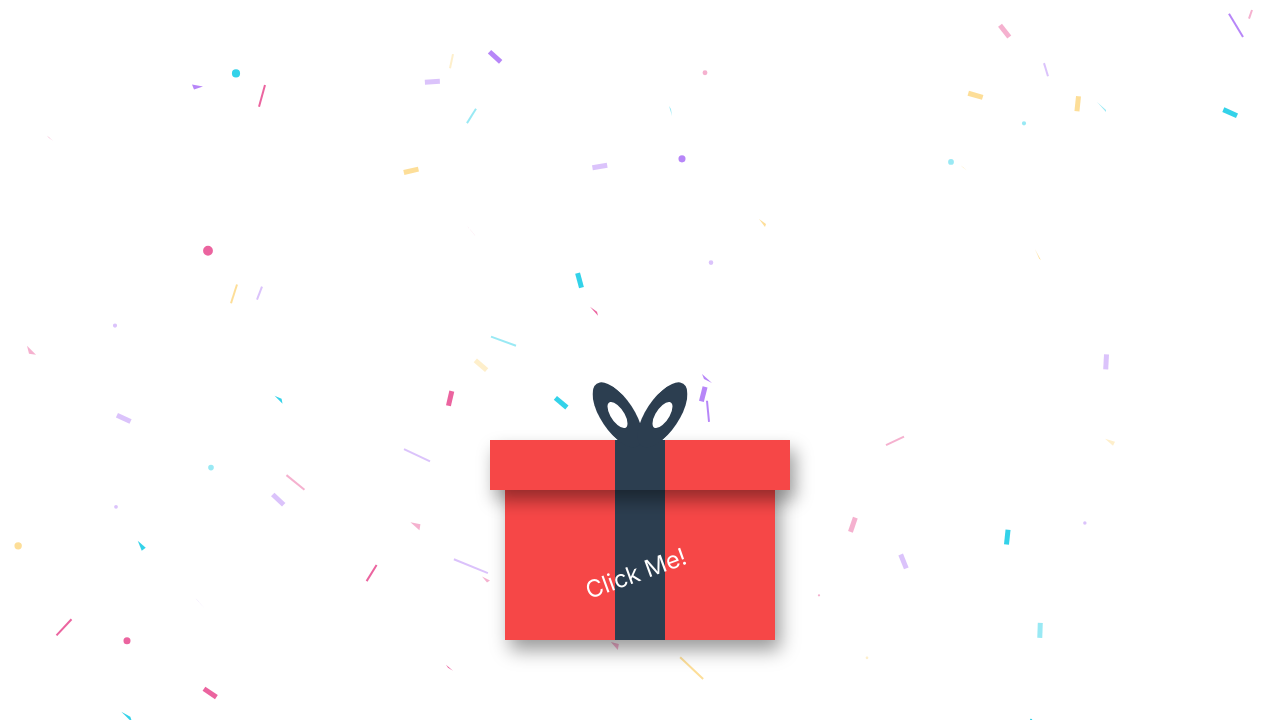
Repository: trongnghia161001/birth_day
Page: index.html
The author's editor kept a copy of each file at every save. The page is drawn from the files as they stood at one save, then again after the next save.
The browser window is 1280 px wide. The pictures show the whole page.

Above is the page before, as saved 2022-11-14 21:42:25.

### index.html
<!DOCTYPE html>
<html>

<head>
  <meta charset="utf-8" />
  <meta name="viewport" content="width=device-width" />
  <title>Happy Birthday!</title>

  <link rel="stylesheet" href="styles/flexbox-center-container.css" media="all">
  <link rel="stylesheet" href="styles/system-fonts.css" media="all">
  <link rel="stylesheet" href="styles/style.css" media="all">
</head>

<body>
  <canvas id=c></canvas>
  <canvas id="confetti"></canvas>
  <div class="container" id="count">
    <h1 id="head">Countdown to your birthday:</h1>
    <ul>
      <li><span id="day"></span>days</li>
      <li><span id="hour"></span>hours</li>
      <li><span id="minute"></span>minutes</li>
      <li><span id="second"></span>seconds</li>
    </ul>
  </div>
  <div id="merrywrap" class="merrywrap">
    <canvas id="snowfall"></canvas>
    <div class="giftbox">
      <div class="cover">
        <div></div>
      </div>
      <div class="box"></div>
    </div>
</body>
<script src="scripts/confetti.min.js" charset="utf-8"></script>
<script src="scripts/index.js" charset="utf-8"></script>

</html>

### styles/style.css
* {
  box-sizing: border-box;
  margin: 0;
  padding: 0;
}
canvas {
  position: absolute;
  top: 0;
  left: 0;
}
body {
  background: #ffffff;
  overflow: hidden;
}
.container {
  color: rgba(55, 59, 65, 0.8);
  font-family: Helvetica, sans-serif;
  font-weight: lighter;
  text-align: center;
}

h1 {
  font-weight: normal;
}
li {
  display: inline-block;
  font-size: 1.5em;
  list-style-type: none;
  padding: 1em;
  text-transform: uppercase;
}
li span {
  display: block;
  font-size: 4.5rem;
}
.merrywrap {
  position: absolute;
  right: 40px;
  left: 40px;
  bottom: 80px;
  top: 40px;
}
.giftbox {
  position: absolute;
  width: 300px;
  height: 200px;
  left: 50%;
  margin-left: -150px;
  bottom: 0;
  z-index: 10;
}
.giftbox > div {
  background: #F64747;
  position: absolute;
  box-shadow: 5px 10px 18px rgba(0, 0, 0, 0.4);
}
.giftbox > div:after, .giftbox > div:before {
  position: absolute;
  content: "";
  top: 0;
}
.giftbox:after {
  position: absolute;
  color: #fff;
  width: 100%;
  content: "Click Me!";
  left: 0;
  bottom: 0;
  font-size: 24px;
  text-align: center;
  transform: rotate(-20deg);
  transform-origin: 0 0;
}
.giftbox .cover {
  width: 100%;
  top: 0;
  left: 0;
  height: 25%;
  z-index: 2;
}
.giftbox .cover:before {
  position: absolute;
  height: 100%;
  left: 50%;
  width: 50px;
  transform: translateX(-50%);
  background: #2C3E50;
}
.giftbox .cover > div {
  position: absolute;
  width: 50px;
  height: 50px;
  left: 50%;
  top: -50px;
  transform: translateX(-50%);
}
.giftbox .cover > div:before, .giftbox .cover > div:after {
  position: absolute;
  left: 0;
  top: 0;
  width: 100%;
  height: 100%;
  content: "";
  box-shadow: inset 0 0 0 15px #2C3E50;
  border-radius: 30px;
  transform-origin: 50% 100%;
}
.giftbox .cover > div:before {
  transform: translateX(-45%) skewY(40deg);
}
.giftbox .cover > div:after {
  transform: translateX(45%) skewY(-40deg);
}
.giftbox .box {
  right: 5%;
  left: 5%;
  height: 80%;
  bottom: 0;
}
.giftbox .box:before {
  width: 50px;
  height: 100%;
  left: 50%;
  transform: translateX(-50%);
  background: #2C3E50;
}
.giftbox .box:after {
  width: 100%;
  height: 30px;
  background: rgba(0, 0, 0, 0);
}
.step-1 .giftbox {
  animation: wobble 0.5s linear infinite forwards;
}
.step-1 .cover {
  animation: wobble 0.5s linear infinite 5s forwards;
}
.step-1 .icons .row span {
  opacity: 1;
}
.step-2 .giftbox:after {
  opacity: 0;
}
.step-3 .giftbox, .step-4 .giftbox {
  opacity: 0;
  z-index: 1;
}
.step-3 .giftbox:after, .step-4 .giftbox:after {
  opacity: 0;
}
.step-2 .giftbox .cover {
  animation: flyUp 2s ease-in forwards;
}
.step-2 .giftbox .box {
  animation: flyDown 2s ease-in 0.05s forwards;
}
@keyframes wobble {
  25% {
      transform: rotate(4deg);
 }
  75% {
      transform: rotate(-2deg);
 }
}
@keyframes flyUp {
  75% {
      opacity: 1;
 }
  100% {
      transform: translateY(-1000px) rotate(20deg);
      opacity: 0;
 }
}
@keyframes flyDown {
  75% {
      opacity: 1;
 }
  100% {
      transform: translateY(100%);
      opacity: 0;
 }
}

### scripts/index.js
const count = document.getElementById('count');
const head = document.getElementById('head');
const giftbox = document.getElementById('merrywrap');
const canvasC = document.getElementById('c');

const config = {
  birthdate: 'Jan 29, 2020',
  name: 'Darlene'
};

function hideEverything() {
  head.style.display = 'none';
  count.style.display = 'none';
  giftbox.style.display = 'none';
  canvasC.style.display = 'none';
}

hideEverything();

const confettiSettings = { target: 'confetti' };
const confetti = new window.ConfettiGenerator(confettiSettings);
confetti.render();

const second = 1000,
  minute = second * 60,
  hour = minute * 60,
  day = hour * 24;

let countDown = new Date(`${config.birthdate} 00:00:00`).getTime();
x = setInterval(function() {
  let now = new Date().getTime(),
    distance = countDown - now;

  document.getElementById('day').innerText = Math.floor(distance / day);
  document.getElementById('hour').innerText = Math.floor(
    (distance % day) / hour
  );
  document.getElementById('minute').innerText = Math.floor(
    (distance % hour) / minute
  );
  document.getElementById('second').innerText = Math.floor(
    (distance % minute) / second
  );

  let w = (c.width = window.innerWidth),
    h = (c.height = window.innerHeight),
    ctx = c.getContext('2d'),
    hw = w / 2, // half-width
    hh = h / 2,
    opts = {
      strings: ['HAPPY', 'BIRTHDAY!', config.name],
      charSize: 30,
      charSpacing: 35,
      lineHeight: 40,

      cx: w / 2,
      cy: h / 2,

      fireworkPrevPoints: 10,
      fireworkBaseLineWidth: 5,
      fireworkAddedLineWidth: 8,
      fireworkSpawnTime: 200,
      fireworkBaseReachTime: 30,
      fireworkAddedReachTime: 30,
      fireworkCircleBaseSize: 20,
      fireworkCircleAddedSize: 10,
      fireworkCircleBaseTime: 30,
      fireworkCircleAddedTime: 30,
      fireworkCircleFadeBaseTime: 10,
      fireworkCircleFadeAddedTime: 5,
      fireworkBaseShards: 5,
      fireworkAddedShards: 5,
      fireworkShardPrevPoints: 3,
      fireworkShardBaseVel: 4,
      fireworkShardAddedVel: 2,
      fireworkShardBaseSize: 3,
      fireworkShardAddedSize: 3,
      gravity: 0.1,
      upFlow: -0.1,
      letterContemplatingWaitTime: 360,
      balloonSpawnTime: 20,
      balloonBaseInflateTime: 10,
      balloonAddedInflateTime: 10,
      balloonBaseSize: 20,
      balloonAddedSize: 20,
      balloonBaseVel: 0.4,
      balloonAddedVel: 0.4,
      balloonBaseRadian: -(Math.PI / 2 - 0.5),
      balloonAddedRadian: -1
    },
    calc = {
      totalWidth:
        opts.charSpacing *
        Math.max(opts.strings[0].length, opts.strings[1].length)
    },
    Tau = Math.PI * 2,
    TauQuarter = Tau / 4,
    letters = [];

  ctx.font = opts.charSize + 'px Verdana';

  function Letter(char, x, y) {
    this.char = char;
    this.x = x;
    this.y = y;

    this.dx = -ctx.measureText(char).width / 2;
    this.dy = +opts.charSize / 2;

    this.fireworkDy = this.y - hh;

    let hue = (x / calc.totalWidth) * 360;

    this.color = 'hsl(hue,80%,50%)'.replace('hue', hue);
    this.lightAlphaColor = 'hsla(hue,80%,light%,alp)'.replace('hue', hue);
    this.lightColor = 'hsl(hue,80%,light%)'.replace('hue', hue);
    this.alphaColor = 'hsla(hue,80%,50%,alp)'.replace('hue', hue);

    this.reset();
  }
  Letter.prototype.reset = function() {
    this.phase = 'firework';
    this.tick = 0;
    this.spawned = false;
    this.spawningTime = (opts.fireworkSpawnTime * Math.random()) | 0;
    this.reachTime =
      (opts.fireworkBaseReachTime +
        opts.fireworkAddedReachTime * Math.random()) |
      0;
    this.lineWidth =
      opts.fireworkBaseLineWidth + opts.fireworkAddedLineWidth * Math.random();
    this.prevPoints = [[0, hh, 0]];
  };
  Letter.prototype.step = function() {
    if (this.phase === 'firework') {
      if (!this.spawned) {
        ++this.tick;
        if (this.tick >= this.spawningTime) {
          this.tick = 0;
          this.spawned = true;
        }
      } else {
        ++this.tick;

        let linearProportion = this.tick / this.reachTime,
          armonicProportion = Math.sin(linearProportion * TauQuarter),
          x = linearProportion * this.x,
          y = hh + armonicProportion * this.fireworkDy;

        if (this.prevPoints.length > opts.fireworkPrevPoints)
          this.prevPoints.shift();

        this.prevPoints.push([x, y, linearProportion * this.lineWidth]);

        let lineWidthProportion = 1 / (this.prevPoints.length - 1);

        for (let i = 1; i < this.prevPoints.length; ++i) {
          let point = this.prevPoints[i],
            point2 = this.prevPoints[i - 1];

          ctx.strokeStyle = this.alphaColor.replace(
            'alp',
            i / this.prevPoints.length
          );
          ctx.lineWidth = point[2] * lineWidthProportion * i;
          ctx.beginPath();
          ctx.moveTo(point[0], point[1]);
          ctx.lineTo(point2[0], point2[1]);
          ctx.stroke();
        }

        if (this.tick >= this.reachTime) {
          this.phase = 'contemplate';

          this.circleFinalSize =
            opts.fireworkCircleBaseSize +
            opts.fireworkCircleAddedSize * Math.random();
          this.circleCompleteTime =
            (opts.fireworkCircleBaseTime +
              opts.fireworkCircleAddedTime * Math.random()) |
            0;
          this.circleCreating = true;
          this.circleFading = false;

          this.circleFadeTime =
            (opts.fireworkCircleFadeBaseTime +
              opts.fireworkCircleFadeAddedTime * Math.random()) |
            0;
          this.tick = 0;
          this.tick2 = 0;

          this.shards = [];

          let shardCount =
              (opts.fireworkBaseShards +
                opts.fireworkAddedShards * Math.random()) |
              0,
            angle = Tau / shardCount,
            cos = Math.cos(angle),
            sin = Math.sin(angle),
            x = 1,
            y = 0;

          for (let i = 0; i < shardCount; ++i) {
            let x1 = x;
            x = x * cos - y * sin;
            y = y * cos + x1 * sin;

            this.shards.push(new Shard(this.x, this.y, x, y, this.alphaColor));
          }
        }
      }
    } else if (this.phase === 'contemplate') {
      ++this.tick;

      if (this.circleCreating) {
        ++this.tick2;
        let proportion = this.tick2 / this.circleCompleteTime,
          armonic = -Math.cos(proportion * Math.PI) / 2 + 0.5;

        ctx.beginPath();
        ctx.fillStyle = this.lightAlphaColor
          .replace('light', 50 + 50 * proportion)
          .replace('alp', proportion);
        ctx.beginPath();
        ctx.arc(this.x, this.y, armonic * this.circleFinalSize, 0, Tau);
        ctx.fill();

        if (this.tick2 > this.circleCompleteTime) {
          this.tick2 = 0;
          this.circleCreating = false;
          this.circleFading = true;
        }
      } else if (this.circleFading) {
        ctx.fillStyle = this.lightColor.replace('light', 70);
        ctx.fillText(this.char, this.x + this.dx, this.y + this.dy);

        ++this.tick2;
        let proportion = this.tick2 / this.circleFadeTime,
          armonic = -Math.cos(proportion * Math.PI) / 2 + 0.5;

        ctx.beginPath();
        ctx.fillStyle = this.lightAlphaColor
          .replace('light', 100)
          .replace('alp', 1 - armonic);
        ctx.arc(this.x, this.y, this.circleFinalSize, 0, Tau);
        ctx.fill();

        if (this.tick2 >= this.circleFadeTime) this.circleFading = false;
      } else {
        ctx.fillStyle = this.lightColor.replace('light', 70);
        ctx.fillText(this.char, this.x + this.dx, this.y + this.dy);
      }

      for (let i = 0; i < this.shards.length; ++i) {
        this.shards[i].step();

        if (!this.shards[i].alive) {
          this.shards.splice(i, 1);
          --i;
        }
      }

      if (this.tick > opts.letterContemplatingWaitTime) {
        this.phase = 'balloon';

        this.tick = 0;
        this.spawning = true;
        this.spawnTime = (opts.balloonSpawnTime * Math.random()) | 0;
        this.inflating = false;
        this.inflateTime =
          (opts.balloonBaseInflateTime +
            opts.balloonAddedInflateTime * Math.random()) |
          0;
        this.size =
          (opts.balloonBaseSize + opts.balloonAddedSize * Math.random()) | 0;

        let rad =
            opts.balloonBaseRadian + opts.balloonAddedRadian * Math.random(),
          vel = opts.balloonBaseVel + opts.balloonAddedVel * Math.random();

        this.vx = Math.cos(rad) * vel;
        this.vy = Math.sin(rad) * vel;
      }
    } else if (this.phase === 'balloon') {
      ctx.strokeStyle = this.lightColor.replace('light', 80);

      if (this.spawning) {
        ++this.tick;
        ctx.fillStyle = this.lightColor.replace('light', 70);
        ctx.fillText(this.char, this.x + this.dx, this.y + this.dy);

        if (this.tick >= this.spawnTime) {
          this.tick = 0;
          this.spawning = false;
          this.inflating = true;
        }
      } else if (this.inflating) {
        ++this.tick;

        let proportion = this.tick / this.inflateTime,
          x = (this.cx = this.x),
          y = (this.cy = this.y - this.size * proportion);

        ctx.fillStyle = this.alphaColor.replace('alp', proportion);
        ctx.beginPath();
        generateBalloonPath(x, y, this.size * proportion);
        ctx.fill();

        ctx.beginPath();
        ctx.moveTo(x, y);
        ctx.lineTo(x, this.y);
        ctx.stroke();

        ctx.fillStyle = this.lightColor.replace('light', 70);
        ctx.fillText(this.char, this.x + this.dx, this.y + this.dy);

        if (this.tick >= this.inflateTime) {
          this.tick = 0;
          this.inflating = false;
        }
      } else {
        this.cx += this.vx;
        this.cy += this.vy += opts.upFlow;

        ctx.fillStyle = this.color;
        ctx.beginPath();
        generateBalloonPath(this.cx, this.cy, this.size);
        ctx.fill();

        ctx.beginPath();
        ctx.moveTo(this.cx, this.cy);
        ctx.lineTo(this.cx, this.cy + this.size);
        ctx.stroke();

        ctx.fillStyle = this.lightColor.replace('light', 70);
        ctx.fillText(
          this.char,
          this.cx + this.dx,
          this.cy + this.dy + this.size
        );

        if (this.cy + this.size < -hh || this.cx < -hw || this.cy > hw)
          this.phase = 'done';
      }
    }
  };

  function Shard(x, y, vx, vy, color) {
    let vel =
      opts.fireworkShardBaseVel + opts.fireworkShardAddedVel * Math.random();

    this.vx = vx * vel;
    this.vy = vy * vel;

    this.x = x;
    this.y = y;

    this.prevPoints = [[x, y]];
    this.color = color;

    this.alive = true;

    this.size =
      opts.fireworkShardBaseSize + opts.fireworkShardAddedSize * Math.random();
  }
  Shard.prototype.step = function() {
    this.x += this.vx;
    this.y += this.vy += opts.gravity;

    if (this.prevPoints.length > opts.fireworkShardPrevPoints)
      this.prevPoints.shift();

    this.prevPoints.push([this.x, this.y]);

    let lineWidthProportion = this.size / this.prevPoints.length;

    for (let k = 0; k < this.prevPoints.length - 1; ++k) {
      let point = this.prevPoints[k],
        point2 = this.prevPoints[k + 1];

      ctx.strokeStyle = this.color.replace('alp', k / this.prevPoints.length);
      ctx.lineWidth = k * lineWidthProportion;
      ctx.beginPath();
      ctx.moveTo(point[0], point[1]);
      ctx.lineTo(point2[0], point2[1]);
      ctx.stroke();
    }

    if (this.prevPoints[0][1] > hh) this.alive = false;
  };

  function generateBalloonPath(x, y, size) {
    ctx.moveTo(x, y);
    ctx.bezierCurveTo(
      x - size / 2,
      y - size / 2,
      x - size / 4,
      y - size,
      x,
      y - size
    );
    ctx.bezierCurveTo(x + size / 4, y - size, x + size / 2, y - size / 2, x, y);
  }

  function anim() {
    window.requestAnimationFrame(anim);

    ctx.fillStyle = '#fff';
    ctx.fillRect(0, 0, w, h);

    ctx.translate(hw, hh);

    let done = true;
    for (let l = 0; l < letters.length; ++l) {
      letters[l].step();
      if (letters[l].phase !== 'done') done = false;
    }

    ctx.translate(-hw, -hh);

    if (done) for (let l = 0; l < letters.length; ++l) letters[l].reset();
  }

  for (let i = 0; i < opts.strings.length; ++i) {
    for (let j = 0; j < opts.strings[i].length; ++j) {
      letters.push(
        new Letter(
          opts.strings[i][j],
          j * opts.charSpacing +
            opts.charSpacing / 2 -
            (opts.strings[i].length * opts.charSize) / 2,
          i * opts.lineHeight +
            opts.lineHeight / 2 -
            (opts.strings.length * opts.lineHeight) / 2
        )
      );
    }
  }

  window.addEventListener('resize', function() {
    w = c.width = window.innerWidth;
    h = c.height = window.innerHeight;

    hw = w / 2;
    hh = h / 2;

    ctx.font = opts.charSize + 'px Verdana';
  });

  if (distance > 0) {
    head.style.display = 'initial';
    count.style.display = 'initial';
  } else {
    head.style.display = 'none';
    count.style.display = 'none';
    giftbox.style.display = 'initial';
    clearInterval(x);
    let merrywrap = document.getElementById('merrywrap');
    let box = merrywrap.getElementsByClassName('giftbox')[0];
    let step = 1;
    let stepMinutes = [2000, 2000, 1000, 1000];

    function init() {
      box.addEventListener('click', openBox, false);
      box.addEventListener('click', showfireworks, false);
    }

    function stepClass(step) {
      merrywrap.className = 'merrywrap';
      merrywrap.className = 'merrywrap step-' + step;
    }

    function openBox() {
      if (step === 1) {
        box.removeEventListener('click', openBox, false);
      }
      stepClass(step);
      if (step === 3) {
      }
      if (step === 4) {
        return;
      }
      setTimeout(openBox, stepMinutes[step - 1]);
      step++;
      //   setTimeout(anim, 1900);
    }

    function showfireworks() {
      canvasC.style.display = 'initial';
      setTimeout(anim, 1500);
    }

    init();
  }

  // if (distance < 0) {
  //     clearInterval(x);
  //     console.log("happy birthday");
  // }
}, second);

Loaded but not shown: styles/flexbox-center-container.css (common file); styles/system-fonts.css (common file); scripts/confetti.min.js (library)

After the next save:
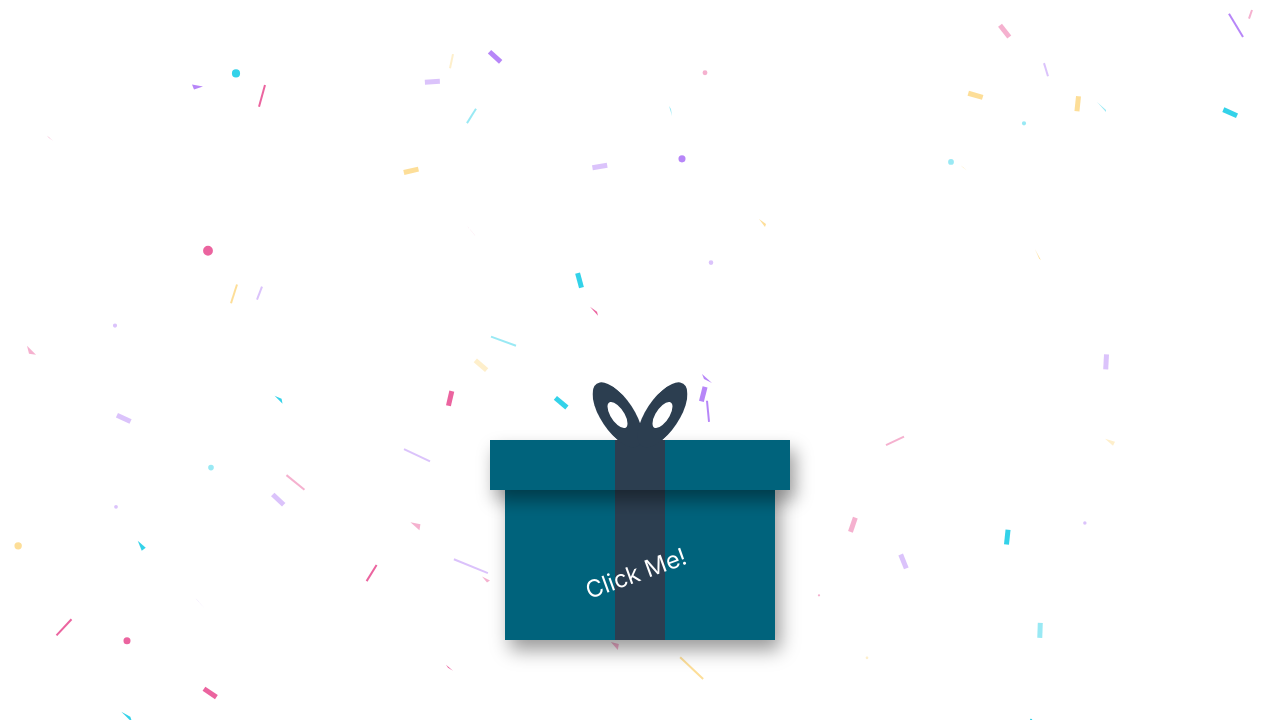
Saved 9 min 34 s later.
--- a/styles/style.css
+++ b/styles/style.css
@@ -50,7 +50,7 @@ li span {
   z-index: 10;
 }
 .giftbox > div {
-  background: #F64747;
+  background: rgb(0, 99, 124);
   position: absolute;
   box-shadow: 5px 10px 18px rgba(0, 0, 0, 0.4);
 }
